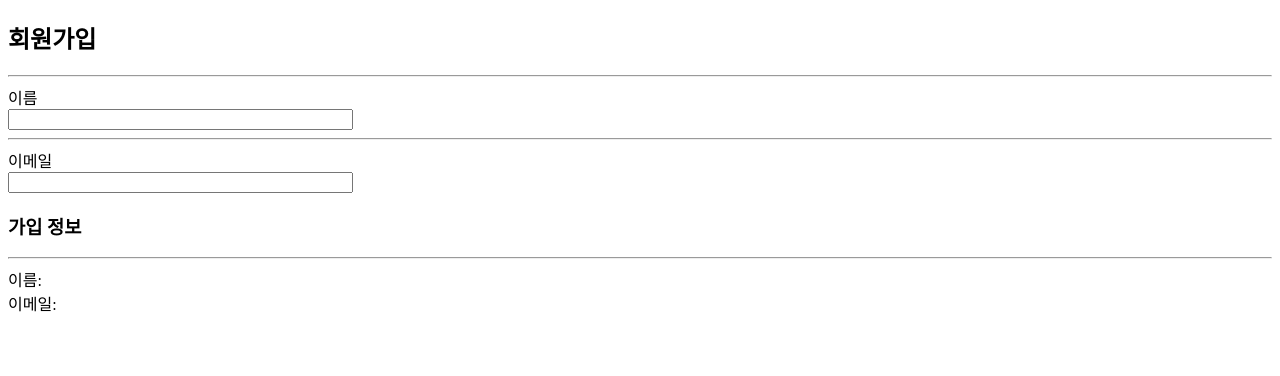
Repository: cruyffism/study-jsp2
Page: MyWorkspace/JspWeb/src/main/webapp/regform.html
These files come from the project's save history. The page is drawn as it stood at one moment and after the next save; the edit follows.
The browser window is 1280 px wide. The pictures show the whole page.

Above is the page before, as saved 2024-02-13 04:57:04.

After the next save:
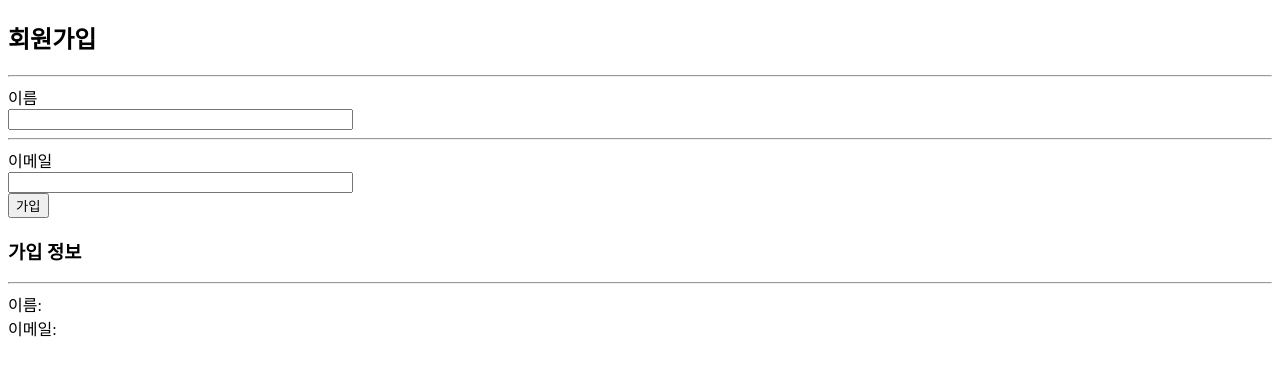
Saved 100 s later.
--- a/MyWorkspace/JspWeb/src/main/webapp/regform.html
+++ b/MyWorkspace/JspWeb/src/main/webapp/regform.html
@@ -9,16 +9,19 @@
 	<hr>
 	<div id="regform">
 		<form name="form1">
-			<label>이름</label><br> <input type="text" name="name" size="40"><br>
+			<label>이름</label><br>
+			<input type="text" name="name" size="40"><br>
 			<hr>
-			<label>이메일</label><br> <input type="email" name="email"
-				size="40"><br>
+			<label>이메일</label><br>
+			<input type="email" name="email" size="40"><br>
+			<button type = "button" onClick = "signUp()">가입</button>
 		</form>
 	</div>
 	<div id="result" class="result">
 		<h3>가입 정보</h3>
 		<hr>
-		이름: <span id="rname"></span><br> 이메일: <span id="remail"></span><br>
+		이름: <span id="rname"></span><br>
+		이메일: <span id="remail"></span><br>
 	</div>
 </body>
 </html>
